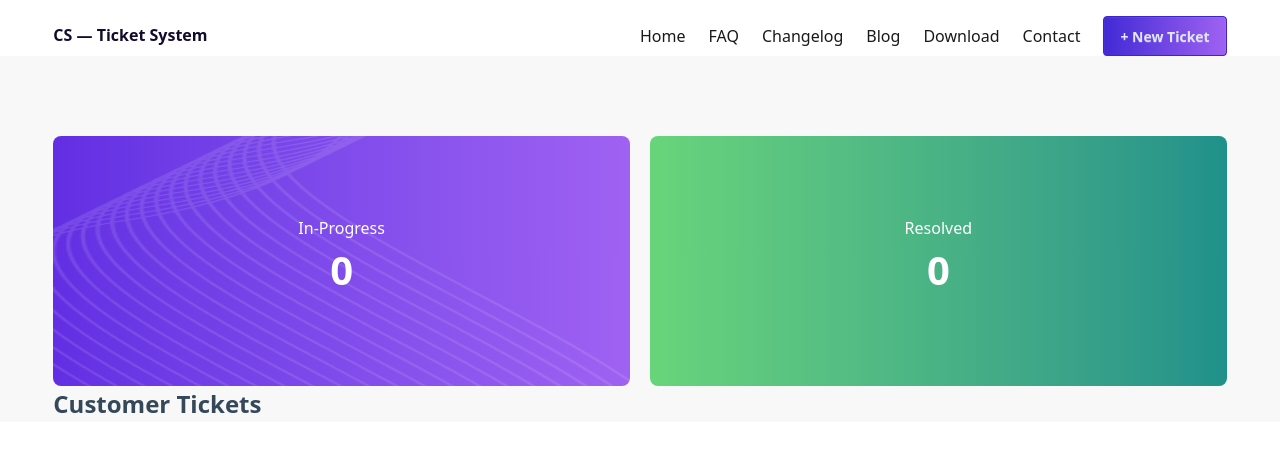
Repository: SanjidaSnigdha/Customer-Support-Zone
Page: /
An editor plug-in stored every save of this project. The page is shown before and after the next save, followed by the edit.
The browser window is 1280 px wide. The pictures show the whole page.
The project was rebuilt for these pictures with package versions that can differ from the ones it lists, and the page was loaded fresh each time. Also part of the build but not shown: vite.config.js, src/App.css.

Above is the page before, as saved 2026-03-24 03:16:40.

### index.html
<!doctype html>
<html lang="en">
  <head>
    <meta charset="UTF-8" />
    <link rel="icon" type="image/svg+xml" href="/favicon.svg" />
    <meta name="viewport" content="width=device-width, initial-scale=1.0" />
    <title>customer-support-zone</title>
  </head>
  <body>
    <div id="root"></div>
    <script type="module" src="/src/main.jsx"></script>
  </body>
</html>

### src/index.css
 @import "tailwindcss";
 @plugin "daisyui" {
  themes: light --default, dark --prefersdark;
  themes: light --default;
 }

### src/App.jsx
import { Suspense, useState } from 'react'
import './App.css'
import Navbar from './component/Navbar/Navbar'
import Banner from './component/Banner/Banner'
import CustomerTickets from './component/CustomerTickets/CustomerTickets'

const fetchTickets = async()=>{
  const res = await fetch("/customers.json")
  return res.json()
}

function App() {
  const customerPromise = fetchTickets()

  return (
    <>
    <div className='flex flex-col'>
   <Navbar></Navbar>
   <div className='flex-1 bg-base-200'>
    <Banner></Banner>
    <Suspense fallback={<span className="loading loading-spinner loading-xl"></span>
}>
          <CustomerTickets customerPromise={customerPromise}></CustomerTickets>

    </Suspense>
   </div>
   </div>

    </>
  )
}

export default App

### src/component/Navbar/Navbar.jsx
import React from 'react';

const Navbar = () => {
    return (
        <div className='flex justify-between w-11/12 mx-auto mt-4'>
            <div className='navbar-start'>
                <h1 className='w-[833px] h-[26px] font-bold text-[#130B2D]'>CS — Ticket System</h1>
            </div>
            <div className='navbar-end justify-between gap-3 text-[#000000]/90'>
                <a>Home</a>
                <a>FAQ</a>
                <a>Changelog</a>
                <a>Blog</a>
                <a>Download</a>
                <a>Contact</a>
         <button className='btn btn-primary bg-gradient-to-r from [#632EE3] to-[#9F62F2]'>+ New Ticket</button>
            </div>
        </div>
    );
};

export default Navbar;

### src/component/Banner/Banner.jsx
import React from 'react';
import vectorImg1 from '../../assets/vector1.png'
import vectorImg2 from '../../assets/vector2.png'

const Banner = () => {
    return (
        <div className='flex justify-between w-11/12 mx-auto mt-20 gap-5'>
            <div className='relative'>
             <img src={vectorImg1} alt="" className=' bg-gradient-to-r from-[#632EE3] to-[#9F62F2] w-[700px] h-[250px] rounded-[8px]'/>
             <p className='absolute text-center inset-20 text-[#FFFFFF]'>In-Progress<br /><span className='font-bold text-[#FFFFFF] text-[40px]'>
                0</span></p>

            </div>
            <div className='relative'>
      <img src={vectorImg2} alt="" className='bg-gradient-to-r from-[#54CF68] to-[#00827A] w-[700px] h-[250px] rounded-[8px]'/>
        <p className='absolute text-center inset-20 text-[#FFFFFF]'>Resolved<br /><span className='font-bold text-[#FFFFFF] text-[40px]'>
                0</span></p>

            </div>
        </div>
    );
};

export default Banner;

### src/component/CustomerTickets/CustomerTickets.jsx
import React, { use } from 'react';
const CustomerTickets = ({customerPromise}) => {
    const customerTicket = use(customerPromise)
    console.log(customerTicket)
    return (
        <div className='w-11/12 mx-auto'>
        <h1 className='font-semibold text-[#34485A] text-[24px]'>Customer Tickets</h1>
        </div>
    );
};

export default CustomerTickets;

### public/customers.json
[
  {
    "id": 1,
    "title": "Login Issue",
    "description": "Customer unable to login with correct credentials.",
    "customer": "Alice Johnson",
    "priority": "High",
    "status": "Open",
    "createdAt": "2026-03-20T10:15:00Z"
  },
  {
    "id": 2,
    "title": "Payment Failure",
    "description": "Transaction failed while trying to purchase subscription.",
    "customer": "Bob Smith",
    "priority": "High",
    "status": "Pending",
    "createdAt": "2026-03-21T14:22:00Z"
  },
  {
    "id": 3,
    "title": "Feature Request",
    "description": "Request to add dark mode in dashboard.",
    "customer": "Charlie Brown",
    "priority": "Medium",
    "status": "Open",
    "createdAt": "2026-03-22T09:30:00Z"
  },
  {
    "id": 4,
    "title": "Bug in Reports",
    "description": "Monthly report shows incorrect sales numbers.",
    "customer": "Diana Prince",
    "priority": "High",
    "status": "In Progress",
    "createdAt": "2026-03-22T11:45:00Z"
  },
  {
    "id": 5,
    "title": "Password Reset",
    "description": "Customer forgot password and cannot reset it via email.",
    "customer": "Ethan Hunt",
    "priority": "Medium",
    "status": "Resolved",
    "createdAt": "2026-03-23T08:10:00Z"
  },
  {
    "id": 6,
    "title": "Account Deactivation",
    "description": "Customer wants to deactivate account permanently.",
    "customer": "Fiona Gallagher",
    "priority": "Low",
    "status": "Pending",
    "createdAt": "2026-03-23T12:05:00Z"
  },
  {
    "id": 7,
    "title": "App Crash",
    "description": "Mobile app crashes when opening settings page.",
    "customer": "George Martin",
    "priority": "High",
    "status": "Open",
    "createdAt": "2026-03-24T07:50:00Z"
  },
  {
    "id": 8,
    "title": "Invoice Issue",
    "description": "Invoice generated shows wrong billing amount.",
    "customer": "Hannah Lee",
    "priority": "Medium",
    "status": "In Progress",
    "createdAt": "2026-03-24T09:30:00Z"
  },
  {
    "id": 9,
    "title": "Email Notifications",
    "description": "Customer not receiving notification emails.",
    "customer": "Ian Curtis",
    "priority": "Medium",
    "status": "Open",
    "createdAt": "2026-03-24T10:00:00Z"
  },
  {
    "id": 10,
    "title": "Data Export",
    "description": "Unable to export CSV from analytics dashboard.",
    "customer": "Jessica Alba",
    "priority": "Low",
    "status": "Resolved",
    "createdAt": "2026-03-24T11:15:00Z"
  }
]

Loaded but not shown: src/main.jsx (common file)

After the next save:
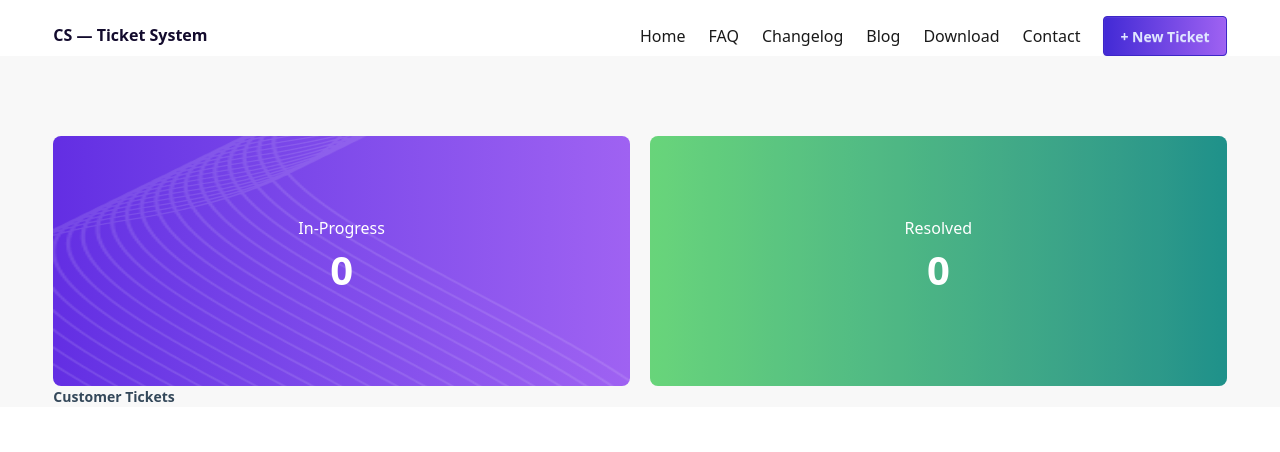
Saved 11 s later.
--- a/src/component/CustomerTickets/CustomerTickets.jsx
+++ b/src/component/CustomerTickets/CustomerTickets.jsx
@@ -4,7 +4,7 @@ const CustomerTickets = ({customerPromise}) => {
     console.log(customerTicket)
     return (
         <div className='w-11/12 mx-auto'>
-        <h1 className='font-semibold text-[#34485A] text-[24px]'>Customer Tickets</h1>
+        <h1 className='font-semibold text-[#34485A] text-[14px]'>Customer Tickets</h1>
         </div>
     );
 };
